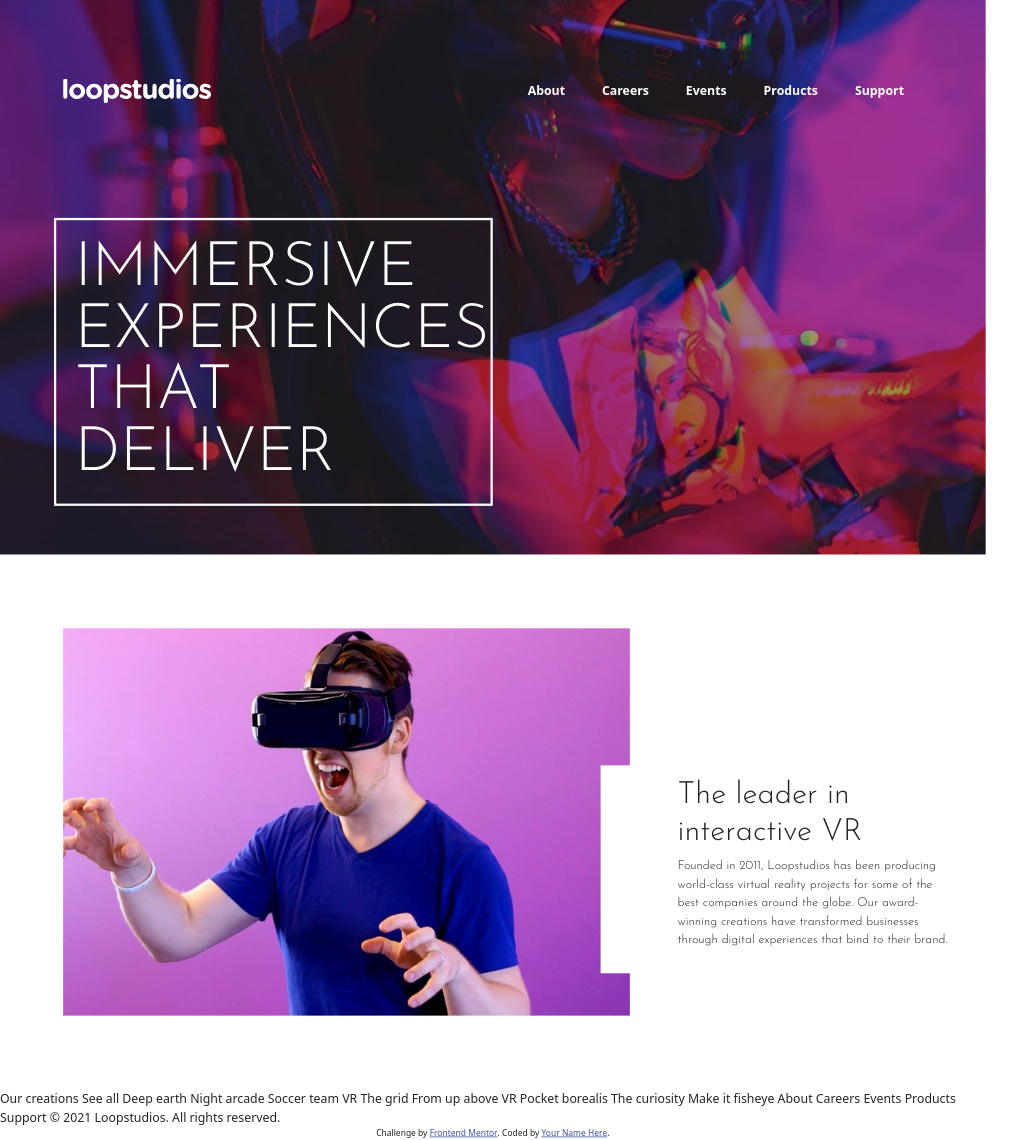
Repository: badhon252/revision
Page: loopstudios-landing-page-main/index.html
The author's editor kept a copy of each file at every save. The page is drawn from the files as they stood at one save, then again after the next save.
The browser window is 1280 px wide. The page is 1338 px wide, so the pictures cover 1338 px, including what lies to the right of the window. The pictures show the whole page, at 77% of full size.
Some web libraries are served in a nearby version. The style sheet was rebuilt from its Sass, Less or Tailwind sources for each picture, by a compiler version that may differ from the author's.

Above is the page before, as saved 2022-04-17 15:19:24.

### loopstudios-landing-page-main/index.html
<!DOCTYPE html>
<html lang="en">

<head>
  <meta charset="UTF-8">
  <meta name="viewport" content="width=device-width, initial-scale=1.0">
  <!-- displays site properly based on user's device -->

  <link rel="icon" type="image/png" sizes="32x32" href="./images/favicon-32x32.png">

  <!-- bs-5  -->
  <link href="https://cdn.jsdelivr.net/npm/bootstrap@5.0.2/dist/css/bootstrap.min.css" rel="stylesheet"
    integrity="sha384-EVSTQN3/azprG1Anm3QDgpJLIm9Nao0Yz1ztcQTwFspd3yD65VohhpuuCOmLASjC" crossorigin="anonymous">
  <!-- fontawesome -->
  <script src="https://kit.fontawesome.com/149857f189.js" crossorigin="anonymous"></script>

  <title>Frontend Mentor | Loopstudios landing page</title>

  <!-- Feel free to remove these styles or customise in your own stylesheet 👍 -->
  <link rel="stylesheet" href="scss/style.css">
</head>

<body>
  <header>
    <div class="header py-5">
      <nav class="navbar navbar-expand-lg navbar-dark py-5">
        <div class="container">
          <a class="navbar-brand" href="#">
            <img src="./images/logo.svg" alt="">
          </a>
          <button class="navbar-toggler" type="button" data-bs-toggle="collapse"
            data-bs-target="#navbarSupportedContent" aria-controls="navbarSupportedContent" aria-expanded="false"
            aria-label="Toggle navigation">
            <span class="navbar-toggler-icon"></span>
          </button>
          <div class="collapse navbar-collapse" id="navbarSupportedContent">
            <ul class="navbar-nav ms-auto mb-2 mb-lg-0">
              <li class="nav-item  mx-3">
                <a class="nav-link " aria-current="page" href="#">About</a>
              </li>
              <li class="nav-item  mx-3">
                <a class="nav-link" href="#">Careers</a>
              </li>

              <li class="nav-item  mx-3">
                <a class="nav-link " href="#">Events</a>
              </li>
              <li class="nav-item  mx-3">
                <a class="nav-link" href="#">Products</a>
              </li>
              <li class="nav-item  mx-3">
                <a class="nav-link" href="#">Support</a>
              </li>
            </ul>

          </div>
        </div>
      </nav>

      <div class="header-content container py-5 my-5">
        <div class="row">
          <div class="col-md-6 border border-light border-3 p-4">Immersive experiences that deliver</div>
          <div class="col-md-6"></div>
        </div>
      </div>
    </div>

  </header>



  <section class="container">
    <div class="vr-sec my-5 py-5">
      <div class="row ">
        <div class="col-md-8">
          <div class="image">
            <img class="w-100" src="./images/desktop/image-interactive.jpg" alt="">
            <div class="vr-card">
              <h1>
                The leader in interactive VR

              </h1>
              <p>
                Founded in 2011, Loopstudios has been producing world-class virtual reality
                projects for some of the best companies around the globe. Our award-winning
                creations have transformed businesses through digital experiences that bind
                to their brand.
              </p>
            </div>
          </div>

        </div>
        <div class="col-md-4 ">

        </div>
      </div>



    </div>
  </section>







  Our creations

  See all

  Deep earth
  Night arcade
  Soccer team VR
  The grid
  From up above VR
  Pocket borealis
  The curiosity
  Make it fisheye

  About
  Careers
  Events
  Products
  Support

  © 2021 Loopstudios. All rights reserved.

  <div class="attribution">
    Challenge by <a href="https://www.frontendmentor.io?ref=challenge" target="_blank">Frontend Mentor</a>.
    Coded by <a href="#">Your Name Here</a>.
  </div>

  <!-- bs-5 js  -->
  <script src="https://cdn.jsdelivr.net/npm/bootstrap@5.0.2/dist/js/bootstrap.bundle.min.js"
    integrity="sha384-MrcW6ZMFYlzcLA8Nl+NtUVF0sA7MsXsP1UyJoMp4YLEuNSfAP+JcXn/tWtIaxVXM"
    crossorigin="anonymous"></script>
</body>

</html>

### loopstudios-landing-page-main/scss/style.scss
@import url("https://fonts.googleapis.com/css2?family=Alata&display=swap");

@import url("https://fonts.googleapis.com/css2?family=Josefin+Sans:wght@300&display=swap");

header {
  background-image: url(../images/desktop/image-hero.jpg);
  background-size: cover;

  .header {
    background-color: rgba(0, 0, 0, 0.377);
    height: 100vh;
    position: relative;
    .nav-link {
      color: #fff;
      font-weight: 700;
    }
  }
  .navbar-dark .navbar-nav .nav-link {
    color: rgb(255, 255, 255);
  }
  .header-content {
    font-size: 5em;
    font-weight: 300;
    color: #fff;
    font-family: "Josefin Sans", sans-serif;
    // font-family: "Alata", sans-serif;
    text-transform: uppercase;
    overflow: hidden;
    line-height: 1;
  }

  //   .navbar-toggler {
  //     position: absolute;
  //     z-index: 111;
  //     fill: #fff;
  //     color: #fff;
  //   }
}
// vr section =============
.vr-sec {
  position: relative;
  .vr-card {
    // border: 1px solid black;
    background-color: #fff;
    position: absolute;
    width: 50%;
    padding: 15px 100px;
    margin-left: 698px;
    margin-top: -325px;
    font-family: "Josefin Sans", sans-serif;
  }
}
// Footer
.attribution {
  font-size: 11px;
  text-align: center;
}

.attribution a {
  color: hsl(228, 45%, 44%);
  font-weight: 300;
}

After the next save:
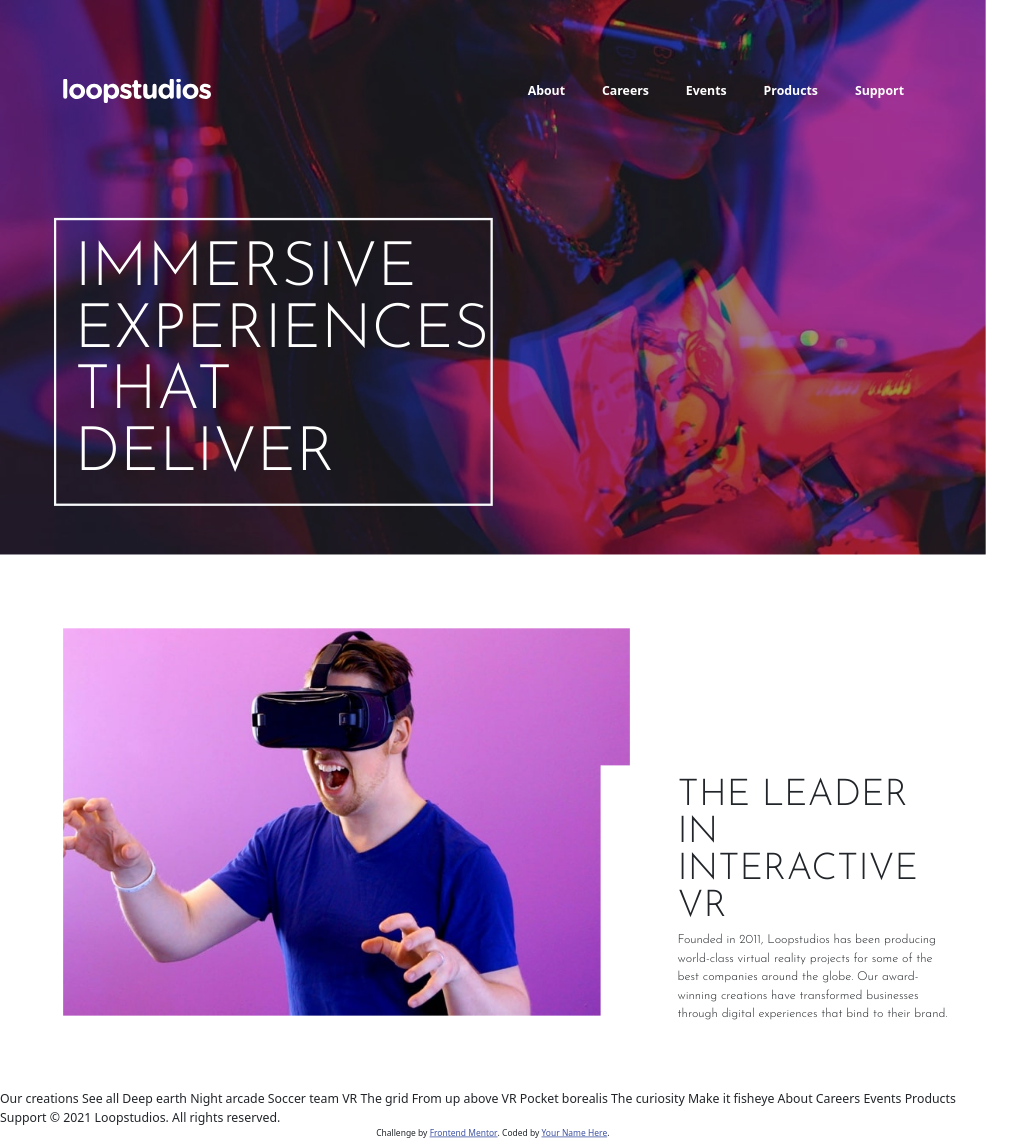
Saved 3 min 17 s later.
--- a/loopstudios-landing-page-main/scss/style.scss
+++ b/loopstudios-landing-page-main/scss/style.scss
@@ -49,6 +49,12 @@ header {
     margin-top: -325px;
     font-family: "Josefin Sans", sans-serif;
   }
+  .h1,
+  h1 {
+    font-size: 3rem;
+    line-height: 1;
+    text-transform: uppercase;
+  }
 }
 // Footer
 .attribution {
